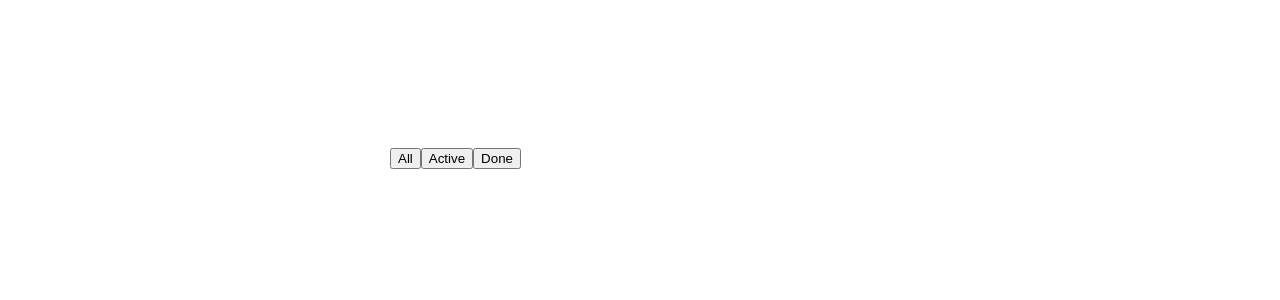
Repository: Yugayoung/todoList
Page: /
An editor plug-in stored every save of this project. The page is shown before and after the next save, followed by the edit.
The browser window is 1280 px wide. The pictures show the whole page.
The project was rebuilt for these pictures with package versions that can differ from the ones it lists, and the page was loaded fresh each time. Also part of the build but not shown: src/App.css.

Above is the page before, as saved 2024-03-21 00:15:31.

### src/index.css
body {
  margin: 0;
  font-family: -apple-system, BlinkMacSystemFont, 'Segoe UI', 'Roboto', 'Oxygen',
    'Ubuntu', 'Cantarell', 'Fira Sans', 'Droid Sans', 'Helvetica Neue',
    sans-serif;
  -webkit-font-smoothing: antialiased;
  -moz-osx-font-smoothing: grayscale;
  width: 100vw;
  height: 100vh;
  display: flex;
  justify-content: center;
  align-items: center;
  font-size: 1.2rem;
}

code {
  font-family: source-code-pro, Menlo, Monaco, Consolas, 'Courier New',
    monospace;
}
#root {
  width: 100%;
  height: 60%;
  max-width: 500px;
}

### src/App.js
import './App.css';
import Todo from './pages/Todo';

function App() {
  return (
    <>
      <Todo />
    </>
  );
}

export default App;

### src/pages/todo.jsx
import React from 'react';

export default function Todo() {
  return (
    <>
      <section>
        {/* 할일 state */}
        <div>
          <button>All</button>
          <button>Active</button>
          <button>Done</button>
        </div>
        {/* addTodoList */}
        {/* 할일 입력 */}
      </section>
    </>
  );
}

Loaded but not shown: public/index.html (common file); src/index.js (common file); src/reportWebVitals.js (common file)

After the next save:
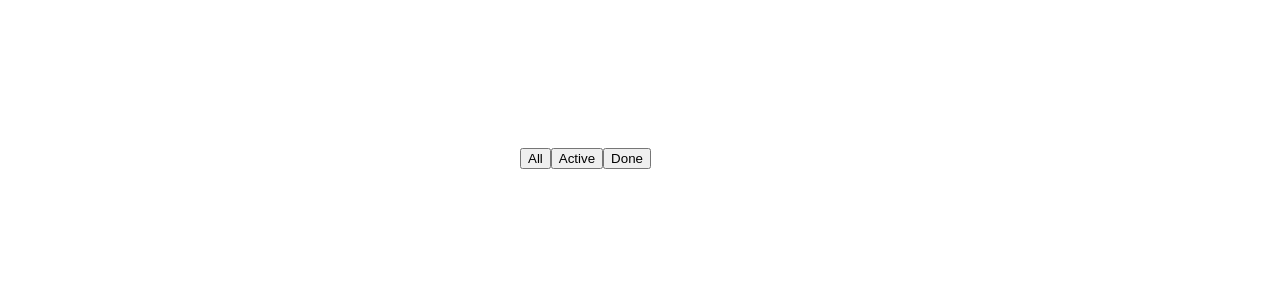
Saved 43 s later.
--- a/src/index.css
+++ b/src/index.css
@@ -20,5 +20,5 @@ code {
 #root {
   width: 100%;
   height: 60%;
-  max-width: 500px;
+  max-width: 15rem;
 }
